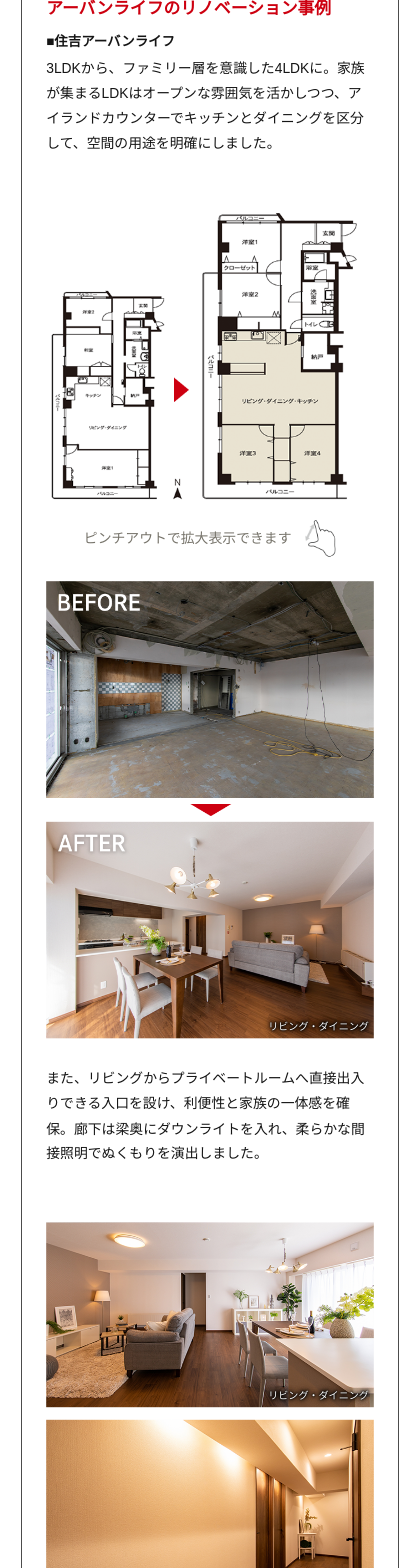
Repository: duongspm/group-kansai_new-data
Page: group-kansai_new/pickup/column07.html
An editor plug-in stored every save of this project. The page is shown before and after the next save, followed by the edit.
The browser window is 600 px wide. The pictures show the part of the page from y = 4075 to 6315 px (the page is 8679 px tall before and 8569 px after), at 70% of full size.

Above is the page before, as saved 2023-07-03 13:06:56.

After the next save:
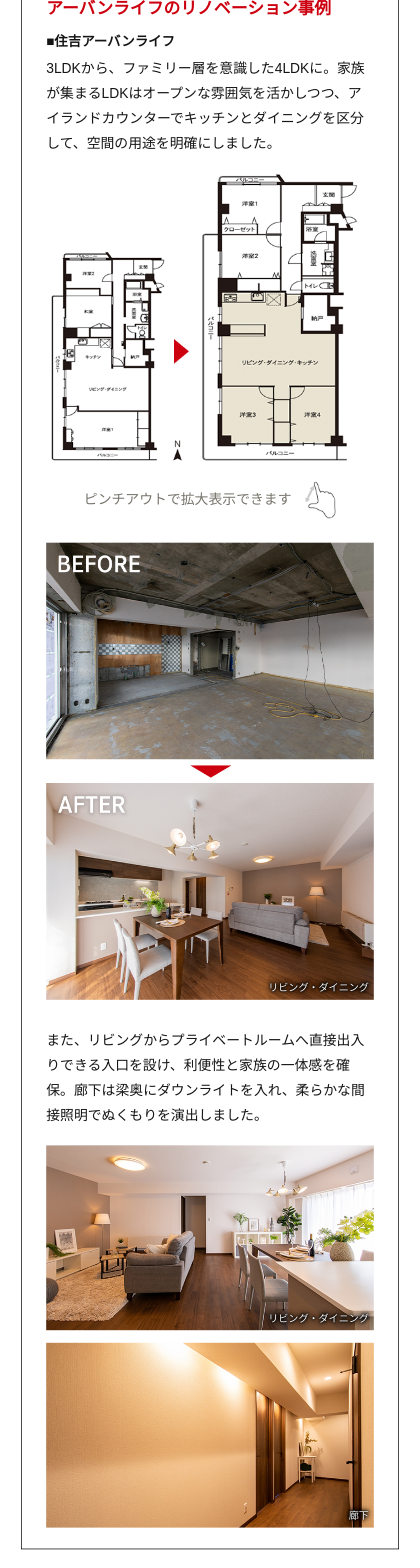
Saved 100 s later.
--- a/group-kansai_new/pickup/css/column.css
+++ b/group-kansai_new/pickup/css/column.css
@@ -297,7 +297,7 @@
     #column07 .column-box:not(:last-of-type) {
         margin: 0 0 3rem;
     }
-    .column07__box .flex {
+    .column07__box .flex:nth-child(1) {
         padding-top: 80px;
     }
 }
